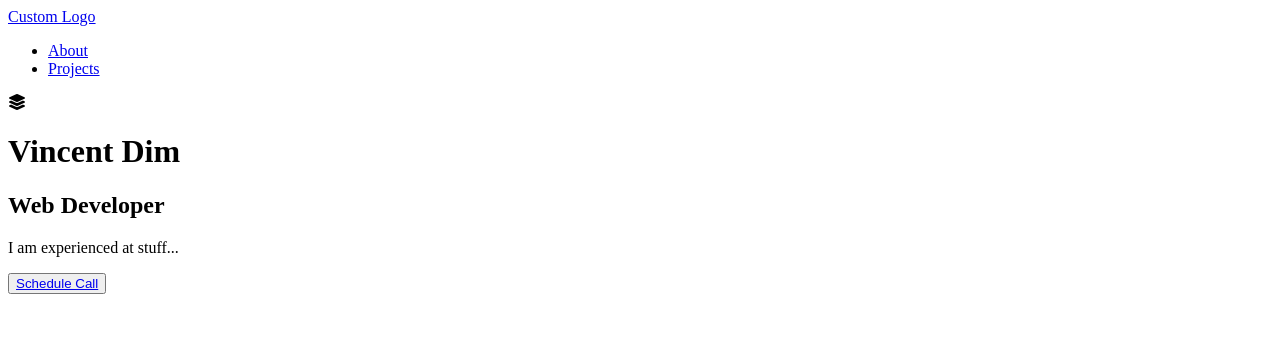
Repository: dvynchi/profile-2022
Page: index.html
These files come from the project's save history. The page is drawn as it stood at one moment and after the next save; the edit follows.
The browser window is 1280 px wide. The pictures show the whole page.
Some web libraries are served in a nearby version.

Above is the page before, as saved 2022-08-12 16:34:40.

### index.html
<!DOCTYPE html>
<html lang="en">
<head>
    <meta charset="UTF-8">
    <meta http-equiv="X-UA-Compatible" content="IE=edge">
    <meta name="viewport" content="width=device-width, initial-scale=1.0">
    <title>Vincent Dim</title>
    <!-- embed remote javascript -->
    <script src="https://kit.fontawesome.com/f634dfbd28.js" crossorigin="anonymous"></script>
</head>

    <!-- Navbar Section -->

    <nav class="navbar">
        <div class="navbar_container">
            <a href="#home" id="navbar_logo">Custom Logo</a>  <!--<a> is used to create hyperlink named color-->

             <!--create hamburger menu (3 bars)-->

             <div class="navbar_toggle" id="mobile-menu">
                <span class="bar"></span>
                <span class="bar"></span>
                <span class="bar"></span>
             </div>

             <!--CREATE NAV MENU-->

             <ul class="navbar_menu">
                <!-- <li class="navbar_item">
                    <a href="#home" class="navbar_links" id="home-page">Home</a>
                </li> -->

                <li class="navbar_item">
                    <a href="#about" class="navbar_links" id="about-page">About</a>
                </li>

                <li class="navbar_item">
                    <a href="#projects" class="navbar_links" id="projects-page">Projects</a>
                </li>

            </ul>
        </div>
    </nav>

    <!-- ABOUT SECTION -->

    <div class="main" id="about">
        <div class="main_container">
            <div class="main_img--container">
                <div class="main_img--card"><i class="fas fa-layer-group"></i></div>
            </div>
            <div class="main_content">
                <h1>Vincent Dim</h1>
                <h2>Web Developer</h2>
                <p>I am experienced at stuff...</p>
                <button class="main_btn"><a href="#">Schedule Call</a></button>
            </div>
        </div>
    </div>






<body>

</body>
</html>

After the next save:
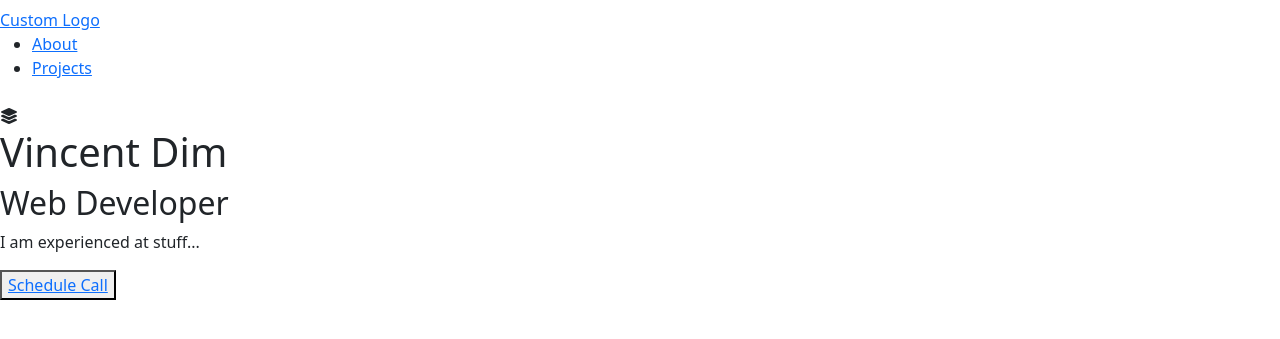
Saved 78 s later.
--- a/index.html
+++ b/index.html
@@ -7,6 +7,7 @@
     <title>Vincent Dim</title>
     <!-- embed remote javascript -->
     <script src="https://kit.fontawesome.com/f634dfbd28.js" crossorigin="anonymous"></script>
+    <link rel="stylesheet" href="https://cdn.jsdelivr.net/npm/bootstrap@5.2.0/dist/css/bootstrap.min.css" rel="stylesheet" integrity="sha384-gH2yIJqKdNHPEq0n4Mqa/HGKIhSkIHeL5AyhkYV8i59U5AR6csBvApHHNl/vI1Bx" crossorigin="anonymous">
 </head>
 
     <!-- Navbar Section -->
